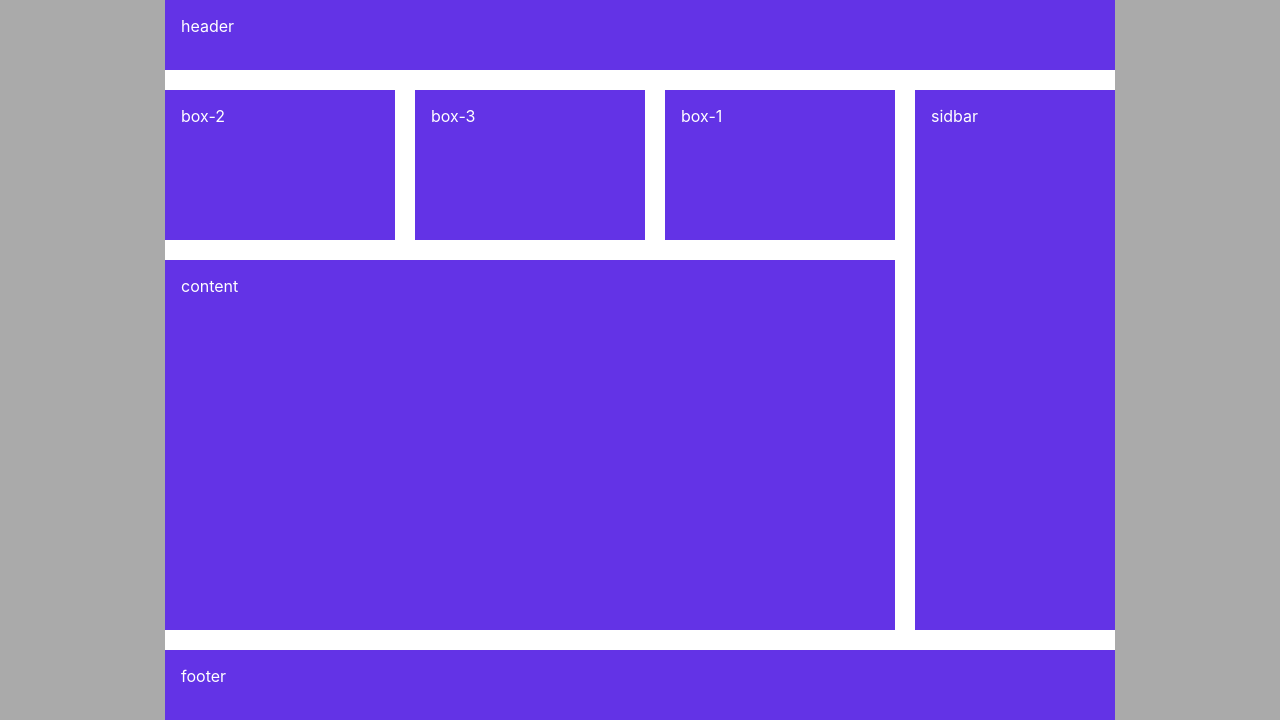
Repository: SD-Mdouka/project_step
Page: /
The author's editor kept a copy of each file at every save. The page is drawn from the files as they stood at one save, then again after the next save.
The browser window is 1280 px wide. The pictures show the whole page.
The project was rebuilt for these pictures with package versions that can differ from the ones it lists, and the page was loaded fresh each time.

Above is the page before, as saved 2022-09-07 13:11:23.

After the next save:
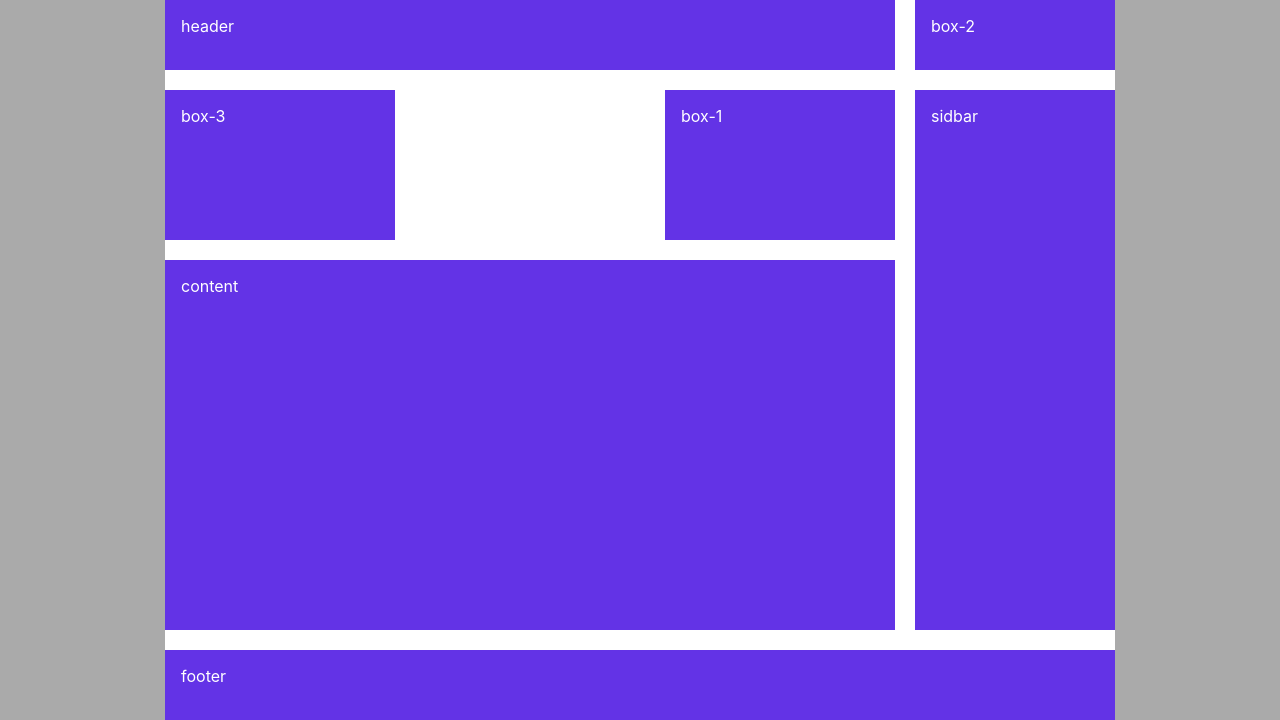
Saved 46 s later.
--- a/src/style-grid.css
+++ b/src/style-grid.css
@@ -7,7 +7,7 @@
     grid-template-columns: repeat(3, 1fr) 200px;
     grid-template-rows: 70px 150px 1fr 70px;
     grid-gap: 20px;
-    grid-template-areas: "header header header header" "box-1 box-2 box-3 sidebar" "content content content sidebar" "footer footer footer footer";
+    grid-template-areas: "header header header ." "box-1 box-2 box-3 sidebar" "content content content sidebar" "footer footer footer footer";
 }
 
 .container>* {
